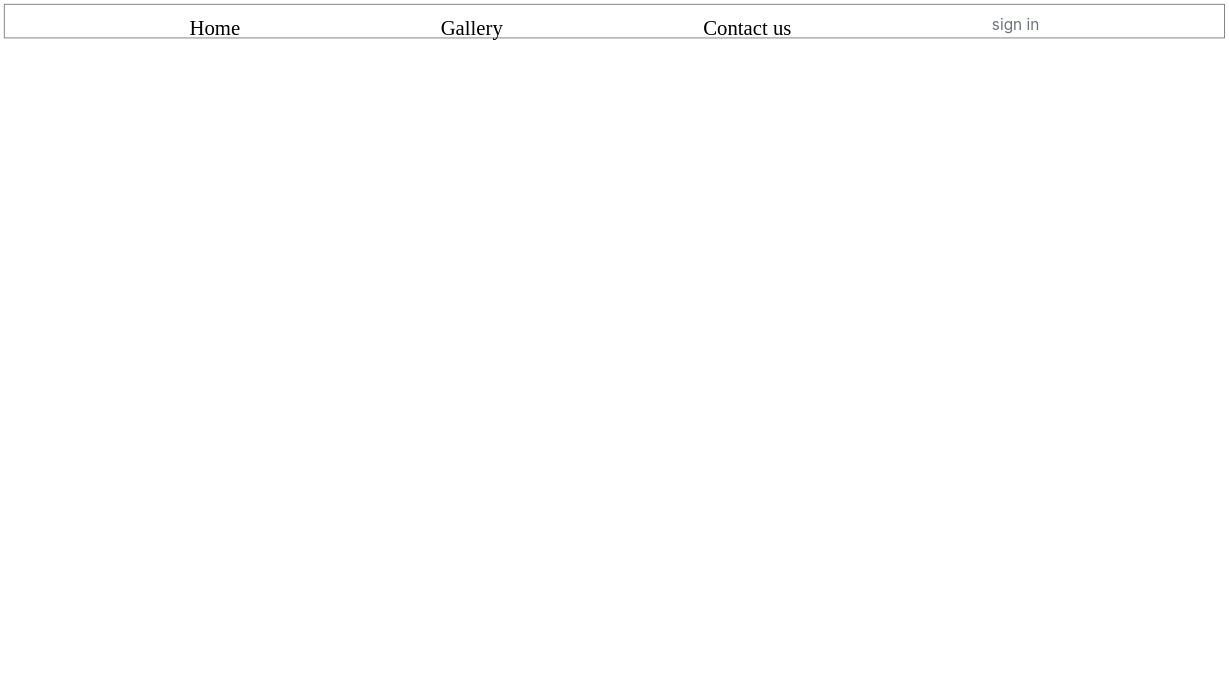
Repository: lmencos/eyesFollow
Page: html/proyectos.html
These files come from the project's save history. The page is drawn as it stood at one moment and after the next save; the edit follows.
The browser window is 1280 px wide. The pictures show the whole page, at 96% of full size.
Some web fonts or font styles are not loaded; a fallback is used.

Above is the page before, as saved 2019-05-04 11:10:13.

### html/proyectos.html
<!doctype html>
<html lang="en">
  <head>
    <!-- Required meta tags -->
    <meta charset="utf-8">
    <meta name="viewport" content="width=device-width, initial-scale=1, shrink-to-fit=no">

    <!-- Bootstrap CSS -->
    <link rel="stylesheet" href="https://stackpath.bootstrapcdn.com/bootstrap/4.3.1/css/bootstrap.min.css" integrity="sha384-ggOyR0iXCbMQv3Xipma34MD+dH/1fQ784/j6cY/iJTQUOhcWr7x9JvoRxT2MZw1T" crossorigin="anonymous">
    <link rel="stylesheet" href="../css/proyectos.css">
    <link href="https://fonts.googleapis.com/css?family=BenchNine|Cabin+Sketch|Handlee" rel="stylesheet">

    <title>Proyectos</title>
  </head>
  <body>
    <header class="header">
        <nav>
            <ul class="nav">
                <li class="nav-item">
                    <a class="nav-link A" href="../index.html">Home</a>
                </li>
                <li class="nav-item">
                    <a class="nav-link A" href="../html/galeria.html">Gallery</a>
                </li>
                <li class="nav-item">
                    <a class="nav-link A" href="../html/contacto.html">Contact us</a>
                </li>
                <li class="nav-item">
                    <a class="nav-link disabled" href="../html/muyPronto.html" tabindex="-1" aria-disabled="true">sign in</a>
                </li>
            </ul>
        </nav>
    </header>

    <!-- Optional JavaScript -->
    <!-- jQuery first, then Popper.js, then Bootstrap JS -->
    <script src="https://code.jquery.com/jquery-3.3.1.slim.min.js" integrity="sha384-q8i/X+965DzO0rT7abK41JStQIAqVgRVzpbzo5smXKp4YfRvH+8abtTE1Pi6jizo" crossorigin="anonymous"></script>
    <script src="https://cdnjs.cloudflare.com/ajax/libs/popper.js/1.14.7/umd/popper.min.js" integrity="sha384-UO2eT0CpHqdSJQ6hJty5KVphtPhzWj9WO1clHTMGa3JDZwrnQq4sF86dIHNDz0W1" crossorigin="anonymous"></script>
    <script src="https://stackpath.bootstrapcdn.com/bootstrap/4.3.1/js/bootstrap.min.js" integrity="sha384-JjSmVgyd0p3pXB1rRibZUAYoIIy6OrQ6VrjIEaFf/nJGzIxFDsf4x0xIM+B07jRM" crossorigin="anonymous"></script>
  </body>
</html>

### css/proyectos.css
.header ul {
  display: -webkit-box;
  display: -ms-flexbox;
  display: flex;
  -webkit-box-pack: space-evenly;
      -ms-flex-pack: space-evenly;
          justify-content: space-evenly;
  height: 5vh;
  border: 1px solid gray;
  margin: 0.5vh;
}

.header ul .A {
  font-family: "Cabin Sketch", cursive;
  font-size: 3vh;
  color: black;
}
/*# sourceMappingURL=proyectos.css.map */

After the next save:
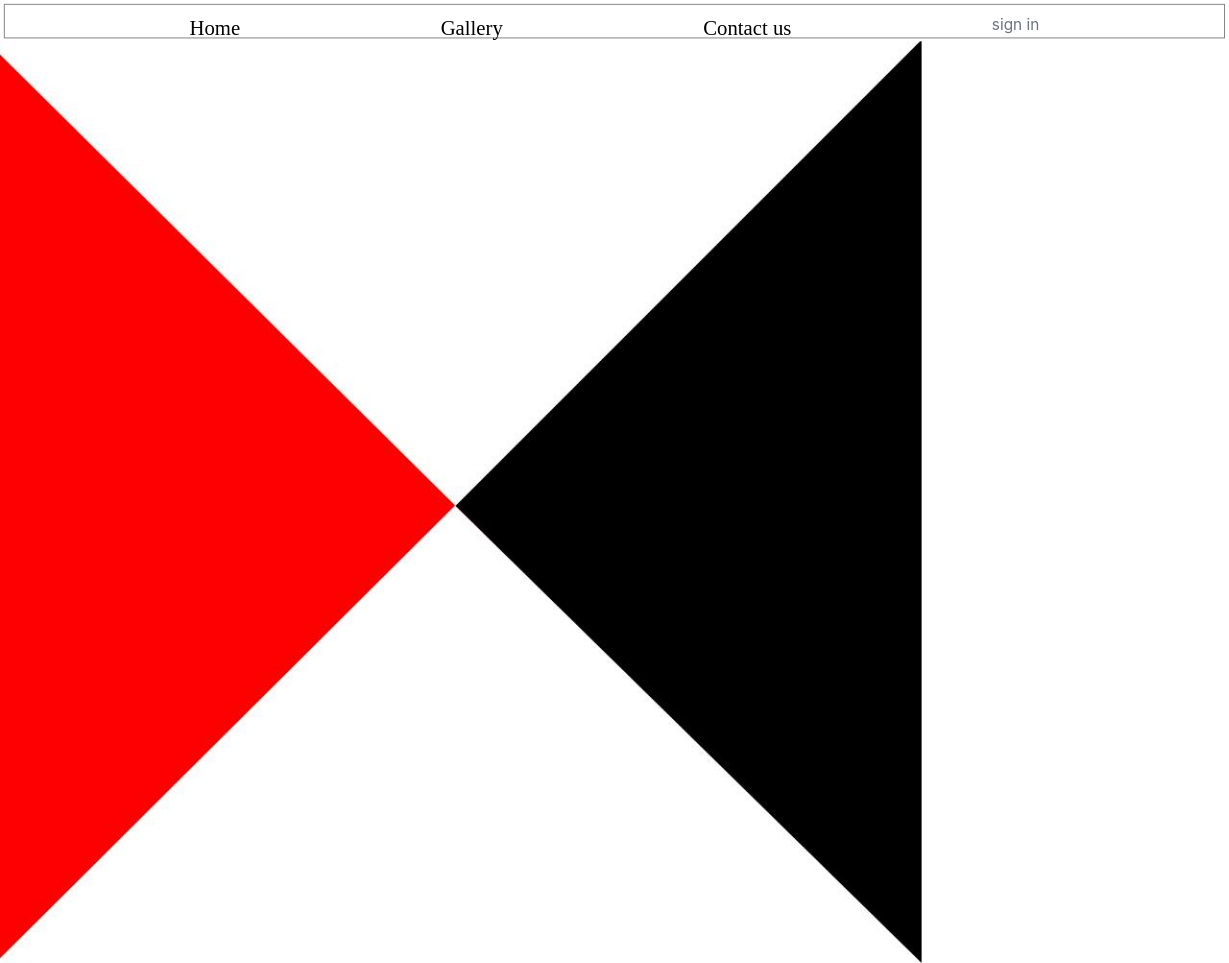
Saved 116 days later.
--- a/html/proyectos.html
+++ b/html/proyectos.html
@@ -32,6 +32,10 @@
         </nav>
     </header>
 
+    <section>
+        <img src="../sources/cubo01.jpg" alt="">
+    </section>
+
     <!-- Optional JavaScript -->
     <!-- jQuery first, then Popper.js, then Bootstrap JS -->
     <script src="https://code.jquery.com/jquery-3.3.1.slim.min.js" integrity="sha384-q8i/X+965DzO0rT7abK41JStQIAqVgRVzpbzo5smXKp4YfRvH+8abtTE1Pi6jizo" crossorigin="anonymous"></script>
